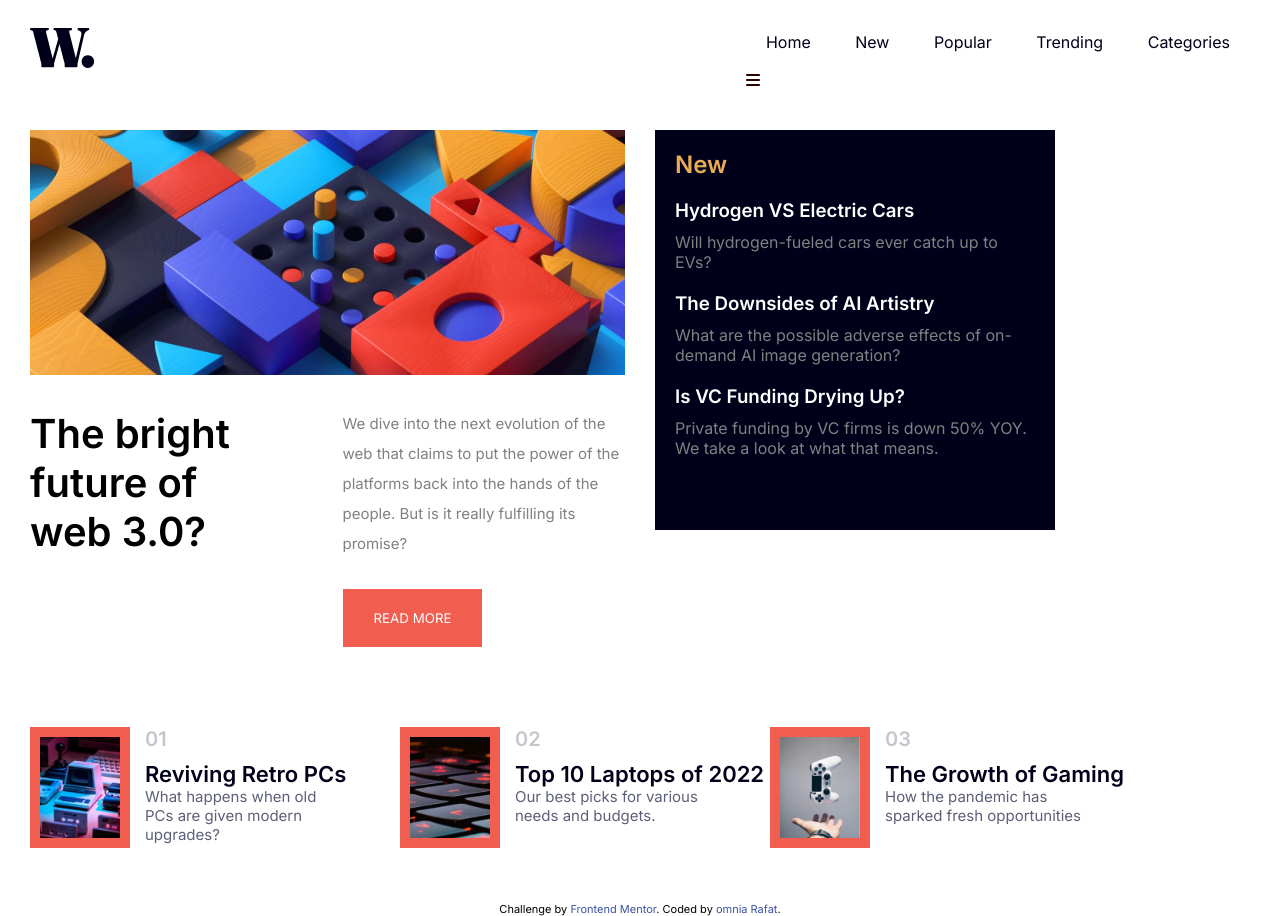
Repository: OmniaRafat232111121/HomePage
Page: index.html
An editor plug-in stored every save of this project. The page is shown before and after the next save, followed by the edit.
The browser window is 1280 px wide. The pictures show the whole page.

Above is the page before, as saved 2022-12-17 23:13:49.

After the next save:
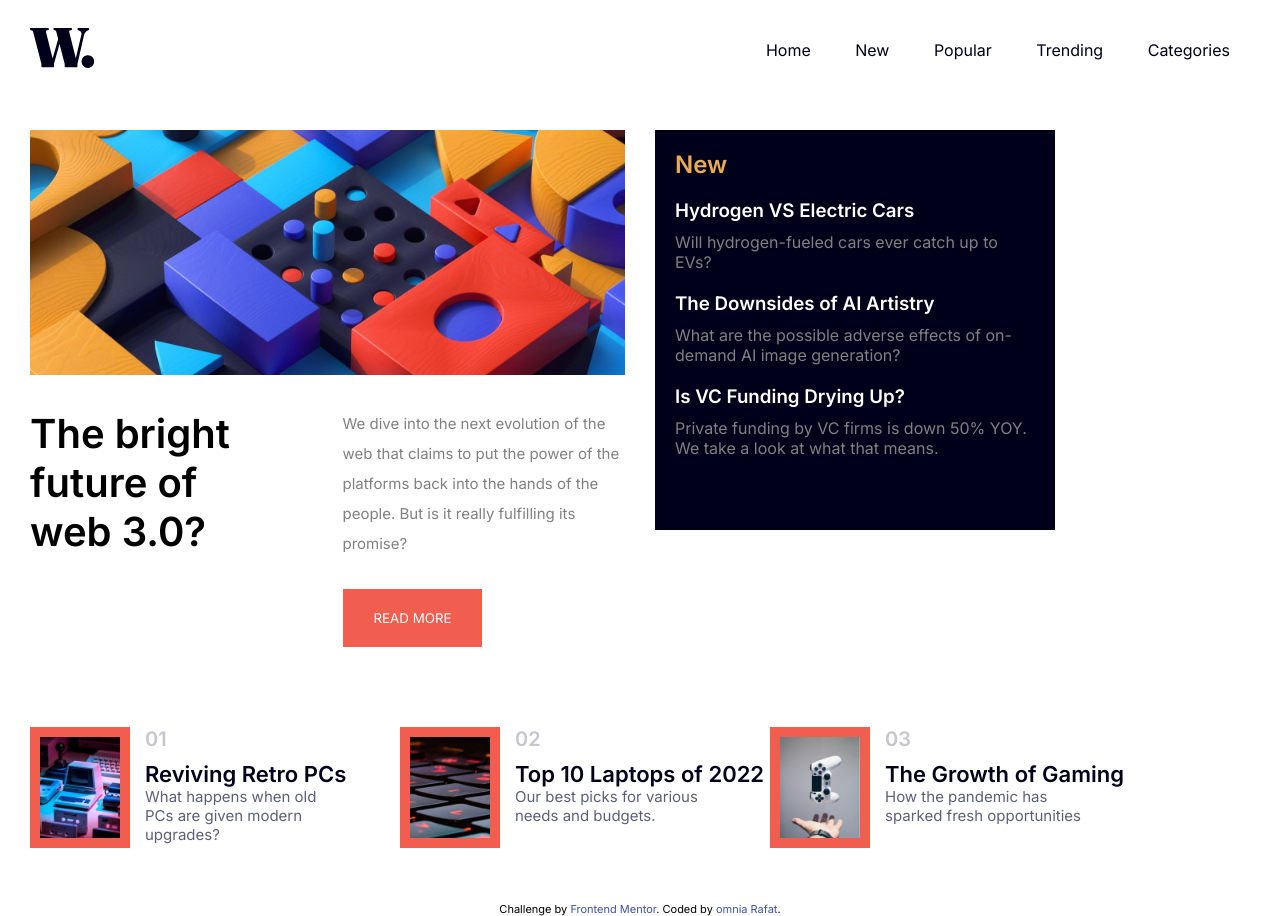
Saved 8 s later.
--- a/style.css
+++ b/style.css
@@ -181,7 +181,7 @@
 }
 
 }
-@media screen {
+@media (min-width:) {
     .icon i{
     color:rgb(41, 2, 2);
     display: block;

After the save that followed:
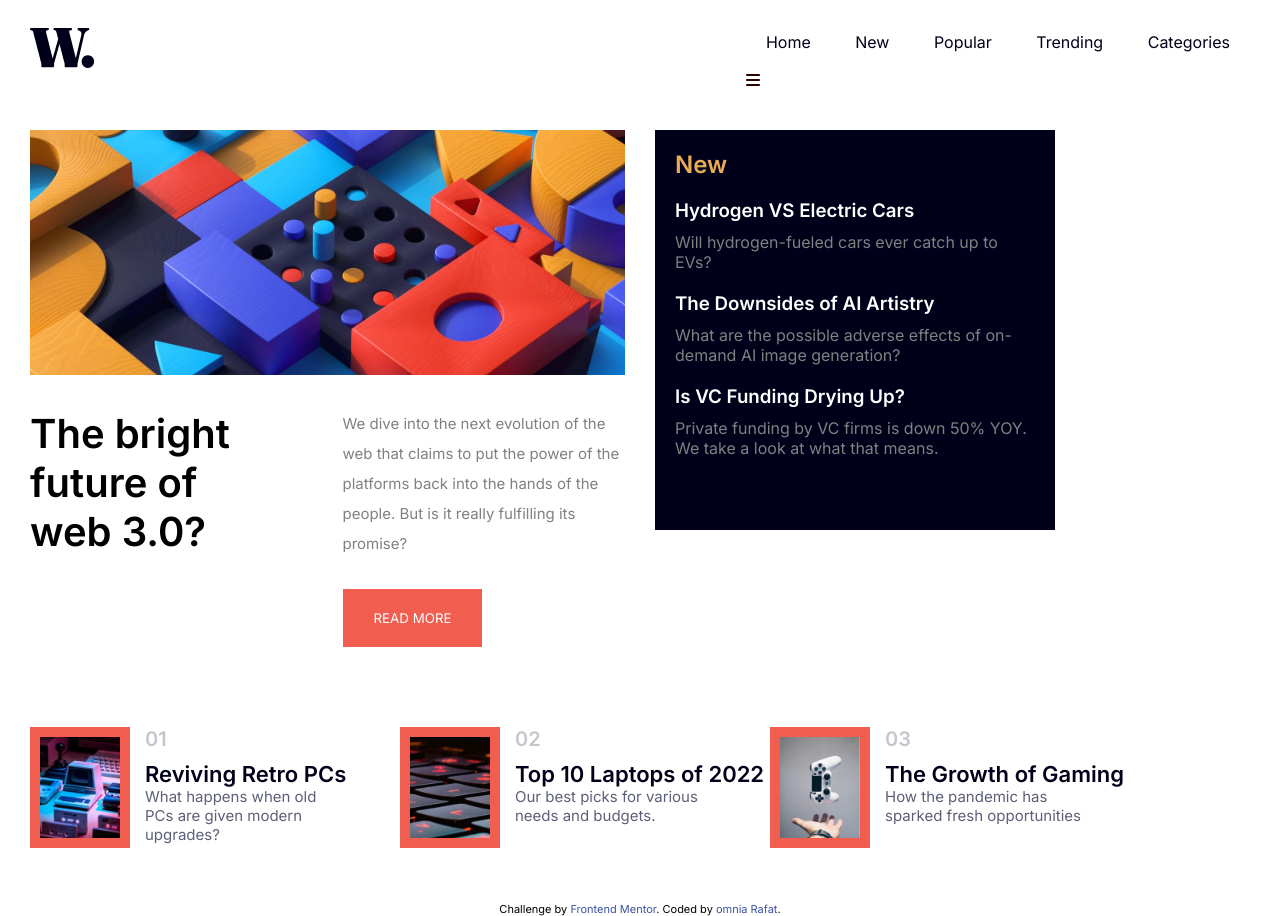
Saved 4 s later.
--- a/style.css
+++ b/style.css
@@ -181,7 +181,7 @@
 }
 
 }
-@media (min-width:) {
+@media (min-width:700px) {
     .icon i{
     color:rgb(41, 2, 2);
     display: block;
